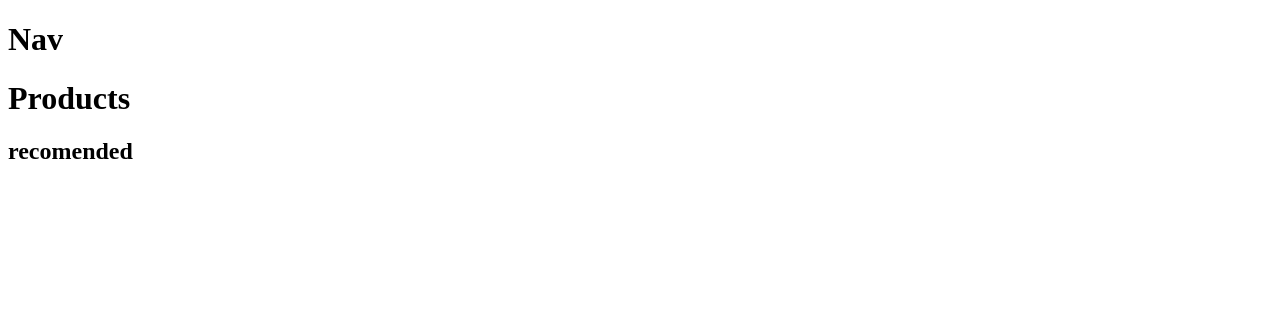
Repository: Mohankrishna1201/final_products_list
Page: /
The author's editor kept a copy of each file at every save. The page is drawn from the files as they stood at one save, then again after the next save.
The browser window is 1280 px wide. The pictures show the whole page.
The project was rebuilt for these pictures with package versions that can differ from the ones it lists, and the page was loaded fresh each time.

Above is the page before, as saved 2023-11-01 10:46:22.

After the next save:
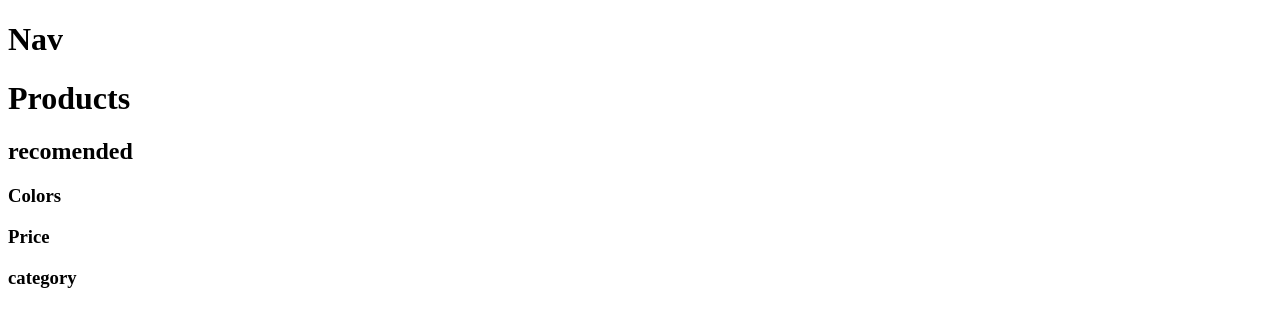
Saved 63 s later.
--- a/src/App.js
+++ b/src/App.js
@@ -1,6 +1,9 @@
 import NavBar from "./Nav/NavBar";
 import Products from "./Products/Products";
 import Recommended from "./Recommended/Recommended"
+import Category from "./SideBar/Category/Category";
+import Colors from "./SideBar/Colors/Colors";
+import Price from "./SideBar/Price/Price";
 
 function App() {
   return (
@@ -8,6 +11,10 @@ function App() {
       <NavBar />
       <Products />
       <Recommended />
+      <Colors />
+      <Price />
+      <Category />
+
     </>
   );
 }
